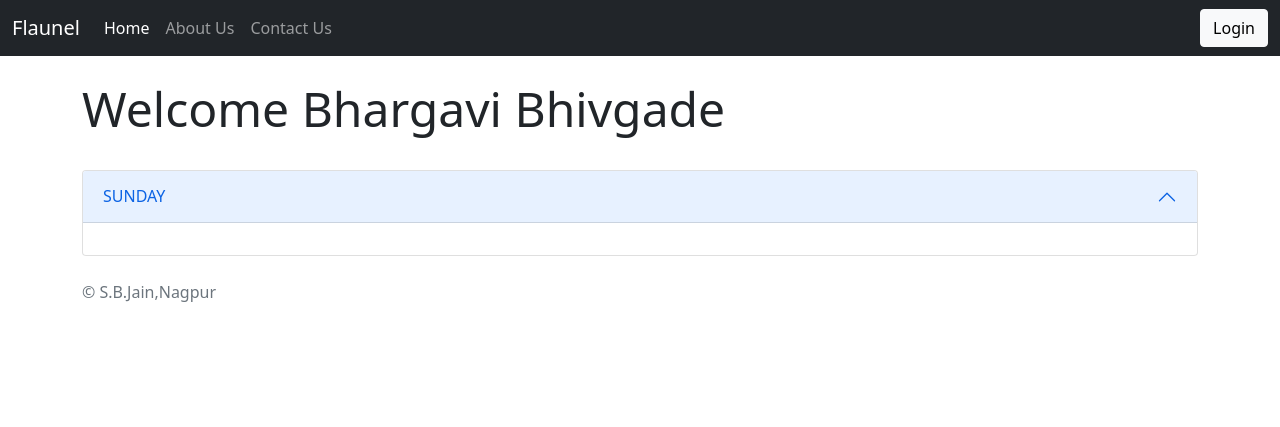
Repository: bhivgadePrajakta/Flaunel--A-LED-Display-Board
Page: http://localhost/home.php
An editor plug-in stored every save of this project. The page is shown before and after the next save, followed by the edit.
The browser window is 1280 px wide. The pictures show the whole page.
The page is run by PHP 8.4 with error messages shown; the project is at /var/www/html/.

Above is the page before, as saved 2022-04-30 12:41:03.

### home.php
<!doctype html>
<html lang="en">
  <head>
    <!-- Required meta tags -->
    <meta charset="utf-8">
    <meta name="viewport" content="width=device-width, initial-scale=1">

    <!-- Bootstrap CSS -->
    <link href="https://cdn.jsdelivr.net/npm/bootstrap@5.0.2/dist/css/bootstrap.min.css" rel="stylesheet" integrity="sha384-EVSTQN3/azprG1Anm3QDgpJLIm9Nao0Yz1ztcQTwFspd3yD65VohhpuuCOmLASjC" crossorigin="anonymous">

    <title>FLAUNEL</title>
  </head>
  <body>
    <nav class="navbar navbar-expand-lg navbar-dark bg-dark">
        <div class="container-fluid">
          <a class="navbar-brand" href="#">Flaunel</a>
          <button class="navbar-toggler" type="button" data-bs-toggle="collapse" data-bs-target="#navbarSupportedContent" aria-controls="navbarSupportedContent" aria-expanded="false" aria-label="Toggle navigation">
            <span class="navbar-toggler-icon"></span>
          </button>
          <div class="collapse navbar-collapse" id="navbarSupportedContent">
            <ul class="navbar-nav me-auto mb-2 mb-lg-0">
              <li class="nav-item">
                <a class="nav-link active" aria-current="page" href="#">Home</a>
              </li>
              <li class="nav-item">
                <a class="nav-link" href="#">About Us</a>
              </li>
              <li class="nav-item ">
                <a class="nav-link" href="#" id="navbarDropdown" role="button">
                  Contact Us</a>

              </li>

            </ul>
            <form class="d-flex">

              <button class="btn btn-light" type="submit">Login</button>
            </form>
          </div>
        </div>
      </nav>
<div class="container py-4">
    <h5 class="display-5">Welcome Bhargavi Bhivgade</h5>
    <br>
    <!-- ACCORDIAN MAIN BODY START -->
    <div class="accordion" id="accordionExample">
    <!-- ACCORDIAN ITEM START -->
    <div class="accordion-item">
    <h2 class="accordion-header" id="headingOne">
      <button class="accordion-button" type="button" data-bs-toggle="collapse" data-bs-target="#collapseOne" aria-expanded="true" aria-controls="collapseOne">
        SUNDAY
      </button>
    </h2>
    <div id="collapseOne" class="accordion-collapse collapse show" aria-labelledby="headingOne" data-bs-parent="#accordionExample">
      <div class="accordion-body">
        <form method="post" action="">

        </form>
      </div>
    </div>
  </div>
    <!-- ACCORDIAN ITEM END -->
</div>
<!-- ACCORDIAN MAIN BODY END -->
</div>

<div class="container">
    <span class="text-muted">&copy; S.B.Jain,Nagpur</span>
  </div>
    <!-- Optional JavaScript; choose one of the two! -->

    <!-- Option 1: Bootstrap Bundle with Popper -->
    <script src="https://cdn.jsdelivr.net/npm/bootstrap@5.0.2/dist/js/bootstrap.bundle.min.js" integrity="sha384-MrcW6ZMFYlzcLA8Nl+NtUVF0sA7MsXsP1UyJoMp4YLEuNSfAP+JcXn/tWtIaxVXM" crossorigin="anonymous"></script>

    <!-- Option 2: Separate Popper and Bootstrap JS -->
    <!--
    <script src="https://cdn.jsdelivr.net/npm/@popperjs/core@2.9.2/dist/umd/popper.min.js" integrity="sha384-IQsoLXl5PILFhosVNubq5LC7Qb9DXgDA9i+tQ8Zj3iwWAwPtgFTxbJ8NT4GN1R8p" crossorigin="anonymous"></script>
    <script src="https://cdn.jsdelivr.net/npm/bootstrap@5.0.2/dist/js/bootstrap.min.js" integrity="sha384-cVKIPhGWiC2Al4u+LWgxfKTRIcfu0JTxR+EQDz/bgldoEyl4H0zUF0QKbrJ0EcQF" crossorigin="anonymous"></script>
    -->
  </body>
</html>

After the next save:
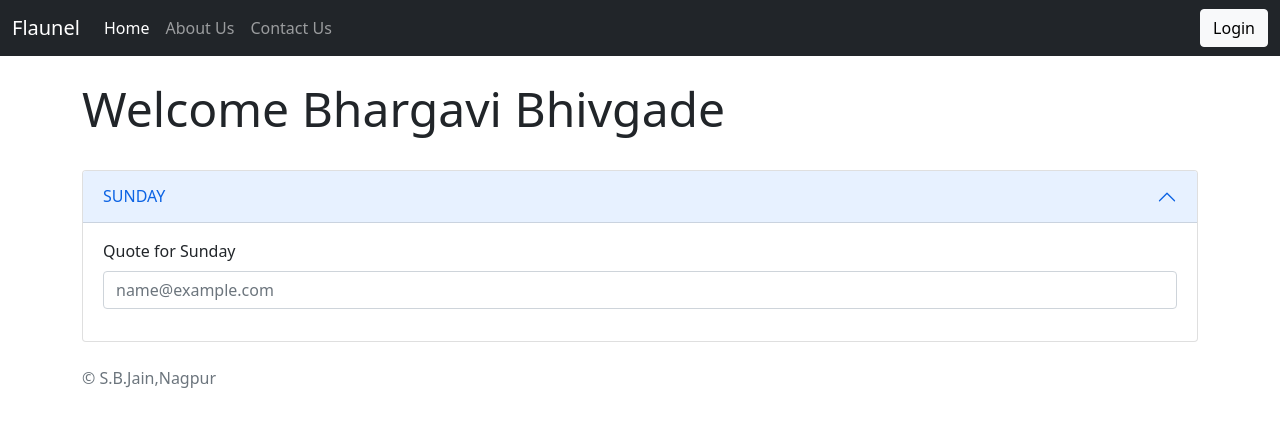
Saved 47 s later.
--- a/home.php
+++ b/home.php
@@ -54,7 +54,10 @@
     <div id="collapseOne" class="accordion-collapse collapse show" aria-labelledby="headingOne" data-bs-parent="#accordionExample">
       <div class="accordion-body">
         <form method="post" action="">
-
+        <div class="mb-3">
+  <label for="sunday" class="form-label">Quote for Sunday</label>
+  <input type="email" class="form-control" id="exampleFormControlInput1" placeholder="name@example.com">
+</div>
         </form>
       </div>
     </div>
